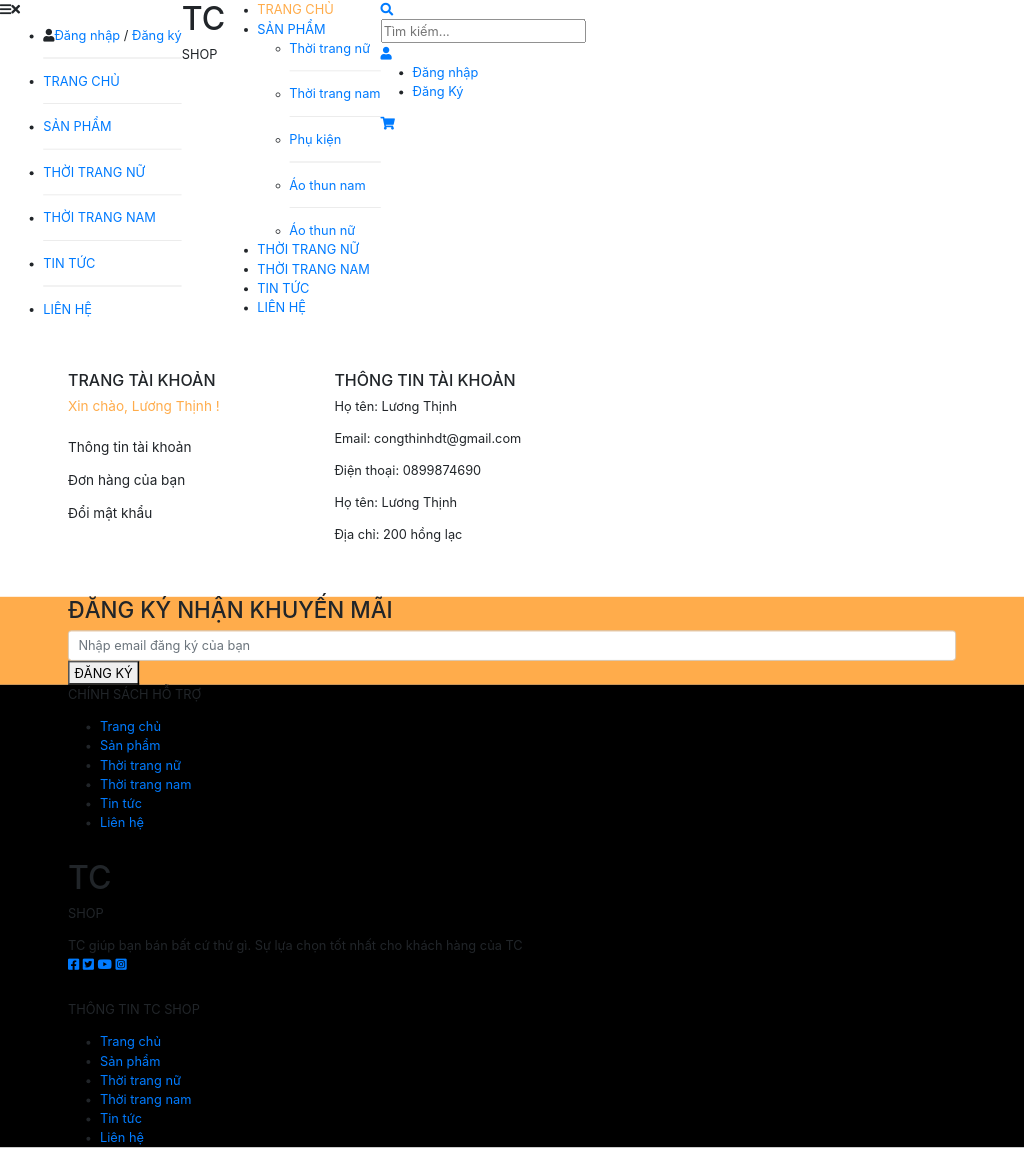
Repository: congthinh1701/TCshop
Page: ThongTinTaiKhoan.html
An editor plug-in stored every save of this project. The page is shown before and after the next save, followed by the edit.
The browser window is 1280 px wide. The pictures show the whole page, at 80% of full size.
The style sheet was rebuilt from its Sass, Less or Tailwind sources for each picture, by a compiler version that may differ from the author's.

Above is the page before, as saved 2021-09-08 17:15:14.

After the next save:
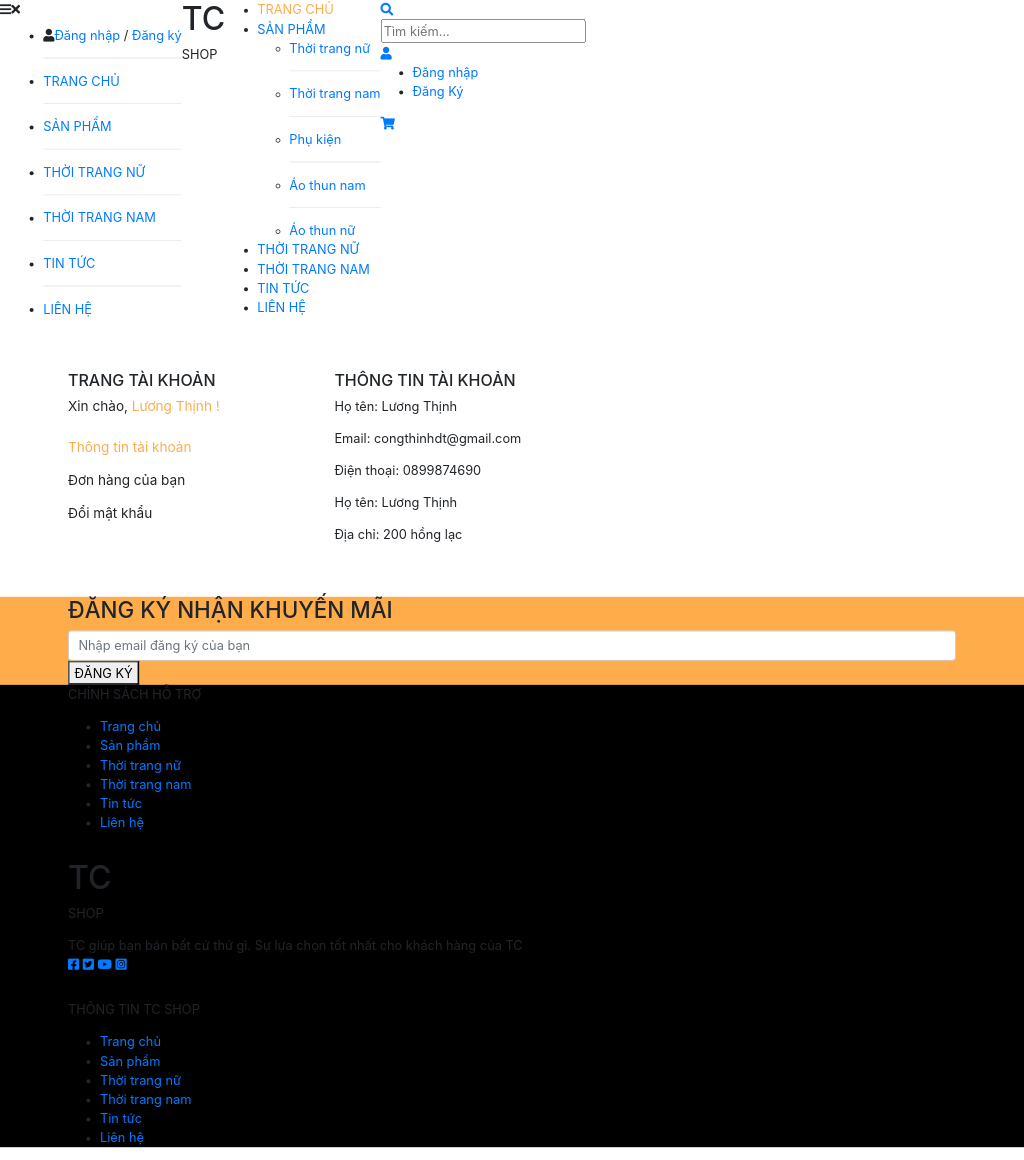
Saved 49 s later.
--- a/ThongTinTaiKhoan.html
+++ b/ThongTinTaiKhoan.html
@@ -13,10 +13,10 @@
     <div class="container admin">
         <div class="trang-tai-khoan">
             <h5>TRANG TÀI KHOẢN</h5>
-            <div class="trang-tai-khoan-hello left active">
+            <div class="trang-tai-khoan-hello left ">
                 <p>Xin chào, <span>Lương Thịnh !</span></p>
             </div>
-            <div class="trang-tai-khoan-thong-tin left">
+            <div class="trang-tai-khoan-thong-tin left active">
                 <p>Thông tin tài khoản</p>
             </div>
             <div class="trang-tai-khoan-hello left">
